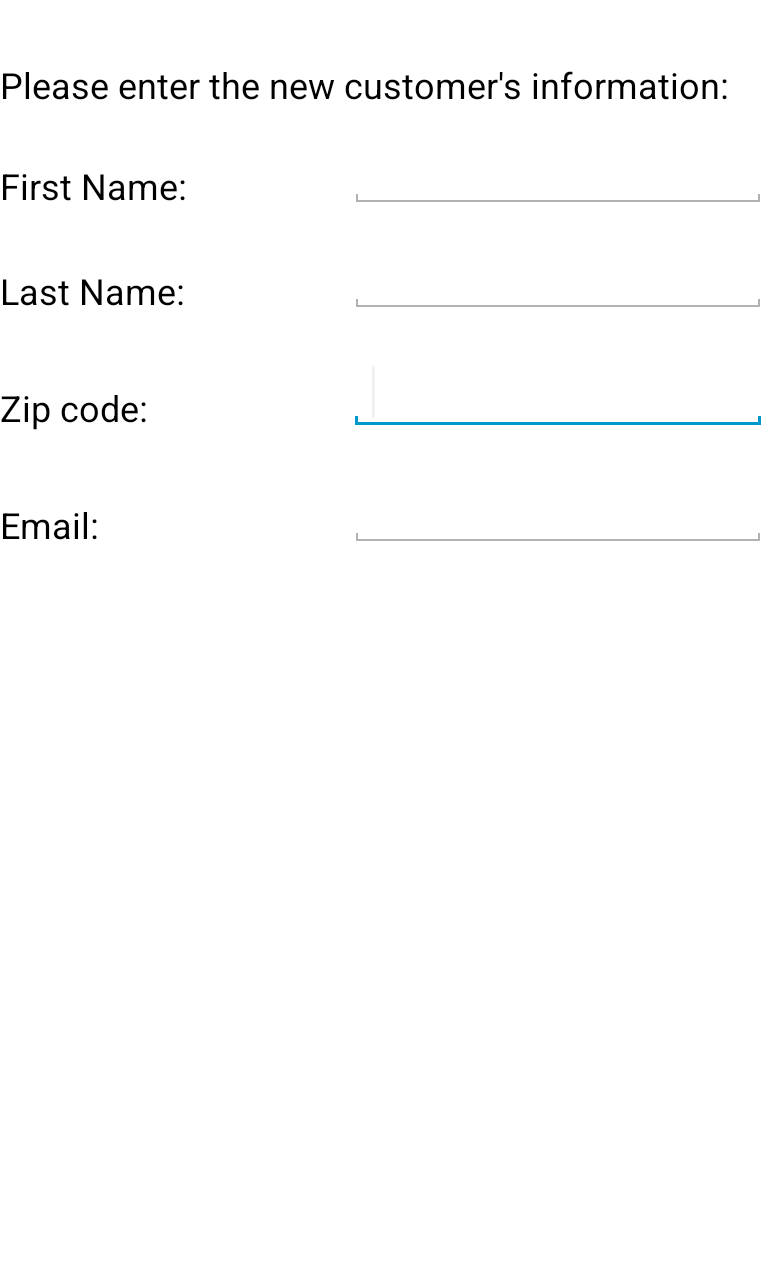
Repository: hellokathy/6300Spring15Team10Mirror
Layout: Project2/StallManager/res/layout/activity_add_customer.xml
The author's editor kept a copy of each file at every save. The layout is drawn from the files as they stood at one save, then again after a run of saves.
It is drawn on a 768 x 1280 px phone screen (xhdpi) without system bars, with theme AppTheme; the app's code is not run.

Above is the layout before, as saved 2015-03-16 21:46:28.

After the next 2 saves:
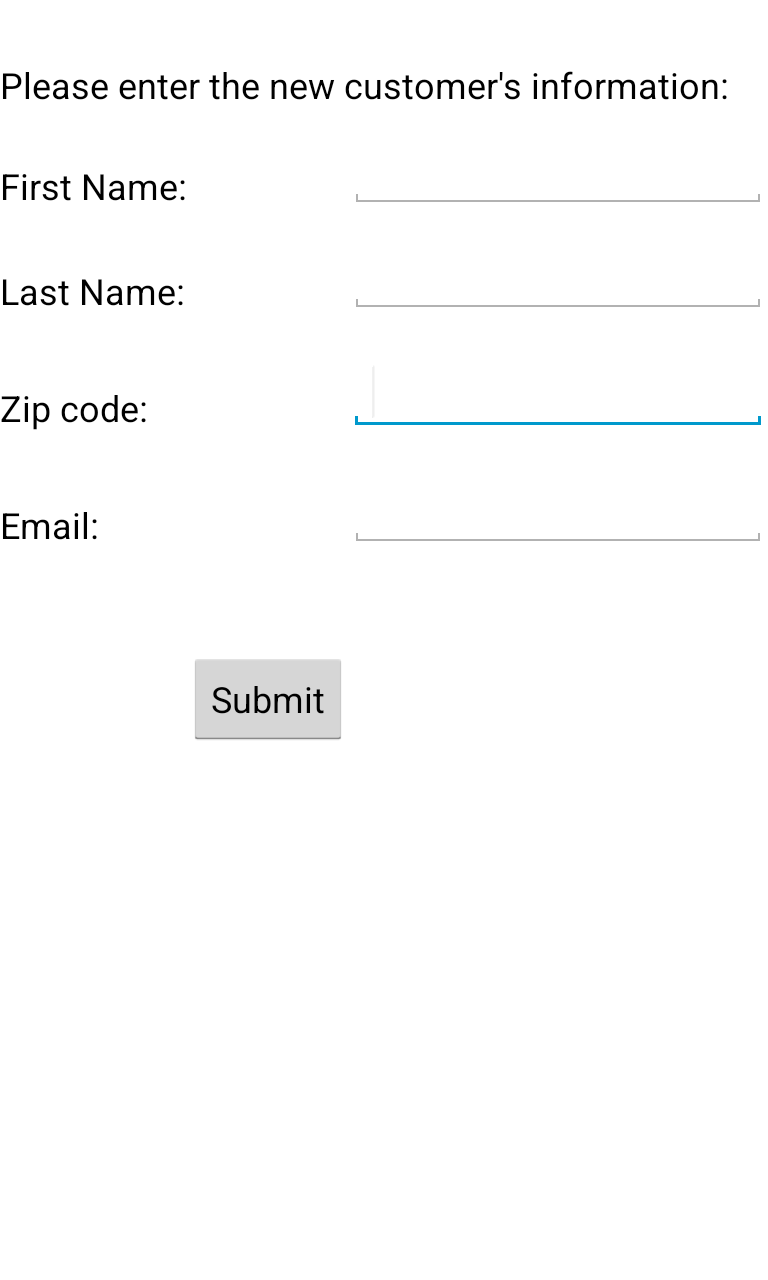
The 2 saves are shown as one change because 1 did not build or start.
The last was saved 92 min 0 s later.
--- a/Project2/StallManager/res/layout/activity_add_customer.xml
+++ b/Project2/StallManager/res/layout/activity_add_customer.xml
@@ -25,7 +25,7 @@
         android:textAppearance="?android:attr/textAppearanceMedium" />
 
     <EditText
-        android:id="@+id/editText1"
+        android:id="@+id/firstNameText"
         android:layout_width="wrap_content"
         android:layout_height="wrap_content"
         android:layout_alignBottom="@+id/textView2"
@@ -43,7 +43,7 @@
         android:textAppearance="?android:attr/textAppearanceMedium" />
 
     <EditText
-        android:id="@+id/EditText01"
+        android:id="@+id/lastNameText"
         android:layout_width="wrap_content"
         android:layout_height="wrap_content"
         android:layout_alignBottom="@+id/TextView01"
@@ -71,7 +71,7 @@
         android:textAppearance="?android:attr/textAppearanceMedium" />
 
     <EditText
-        android:id="@+id/editText2"
+        android:id="@+id/emailText"
         android:layout_width="wrap_content"
         android:layout_height="wrap_content"
         android:layout_alignBottom="@+id/TextView03"
@@ -80,7 +80,7 @@
         android:inputType="textEmailAddress" />
 
     <EditText
-        android:id="@+id/editText3"
+        android:id="@+id/zipCodeText"
         android:layout_width="wrap_content"
         android:layout_height="wrap_content"
         android:layout_above="@+id/TextView03"
@@ -91,4 +91,14 @@
         <requestFocus />
     </EditText>
 
+    <Button
+        android:id="@+id/submitNewCustomerButton"
+        android:layout_width="wrap_content"
+        android:layout_height="wrap_content"
+        android:layout_below="@+id/emailText"
+        android:layout_marginTop="51dp"
+        android:layout_toRightOf="@+id/textView2"
+        android:text="Submit"
+        android:onClick="submitNewCustomerPressed"/>
+
 </RelativeLayout>
